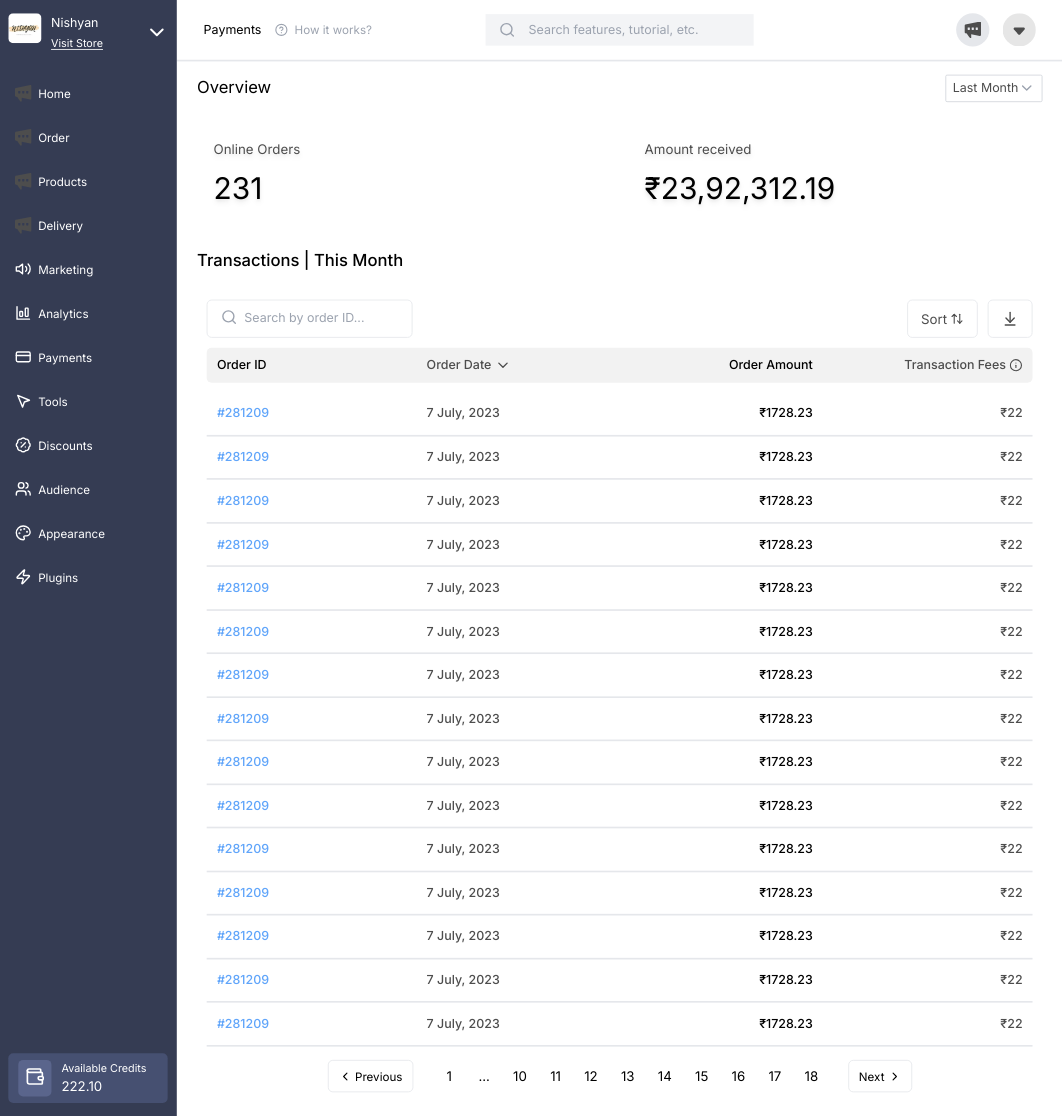
Repository: SubhamBnk/dukaan-task
Page: /
An editor plug-in stored every save of this project. The page is shown before and after the next save, followed by the edit.
The browser window is 1280 px wide. The pictures show the whole page, at 83% of full size.
The project was rebuilt for these pictures with package versions that can differ from the ones it lists, and the page was loaded fresh each time. The framework's server and built-in components were replaced by stand-ins that run in the browser. Also part of the build but not shown: next.config.js.

Above is the page before, as saved 2024-01-09 20:06:19.

After the next save:
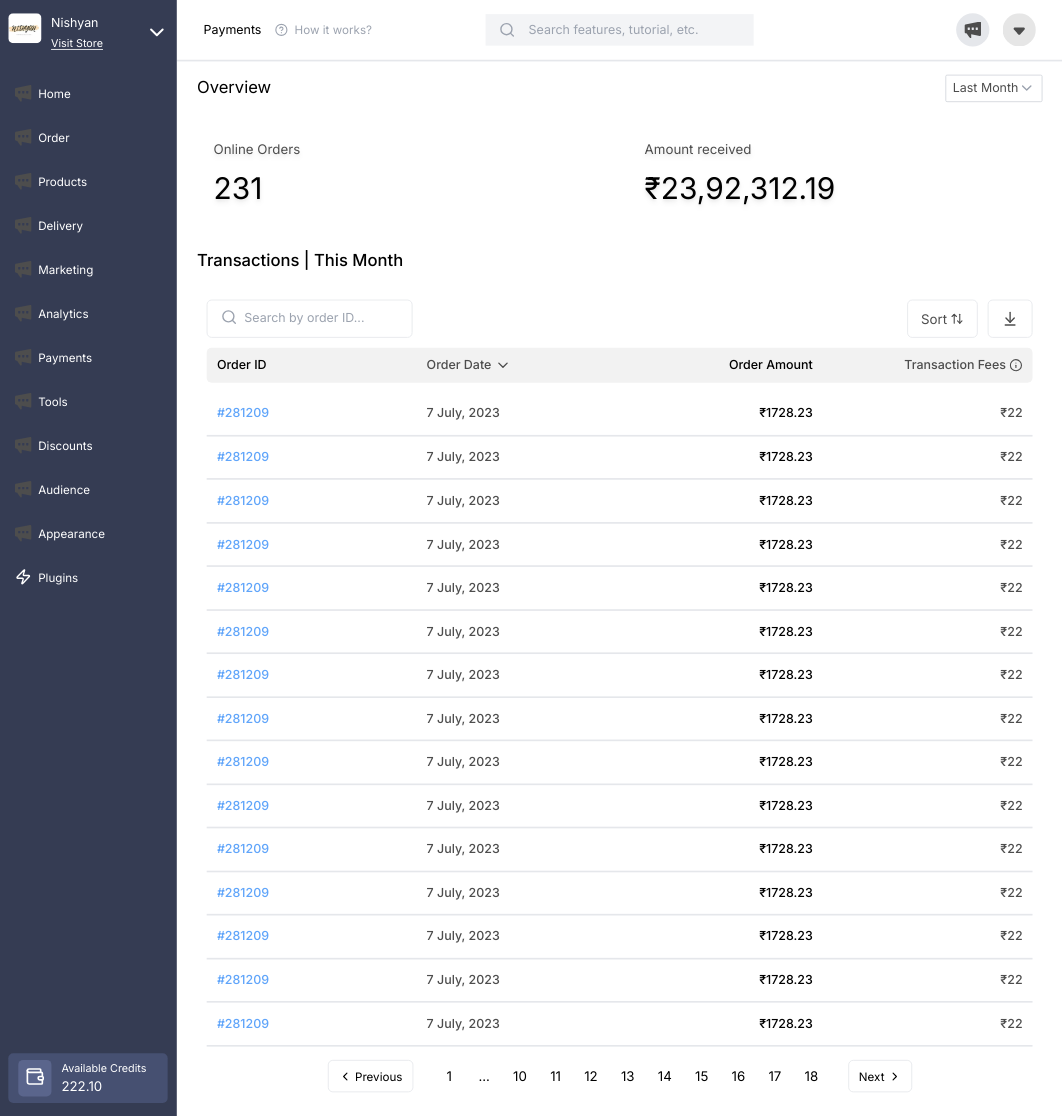
Saved 27 s later.
--- a/src/app/page.tsx
+++ b/src/app/page.tsx
@@ -46,31 +46,31 @@ export default function Home() {
                 <p className='text-[14px]'>Delivery</p>
               </div>
               <div className='flex gap-2 px-2 py-4 rounded-md hover:bg-[#4d587b]'>
-                <Volume2 className='w-5 h-5'/>
+                 <Image src='./Group.svg' alt="group" width={20} height={20}/>
                 <p className='text-[14px]'>Marketing</p>
               </div>
               <div className='flex gap-2 px-2 py-4 rounded-md hover:bg-[#4d587b]'>
-                <BarChartBig className='w-5 h-5'/>
+                 <Image src='./Group.svg' alt="group" width={20} height={20}/>
                 <p className='text-[14px]'>Analytics</p>
               </div>
               <div className='flex gap-2 px-2 py-4 rounded-md hover:bg-[#4d587b]'>
-                <CreditCard className='w-5 h-5'/>
+                 <Image src='./Group.svg' alt="group" width={20} height={20}/>
                 <p className='text-[14px]'>Payments</p>
               </div>
               <div className='flex gap-2 px-2 py-4 rounded-md hover:bg-[#4d587b]'>
-                <MousePointer2 className='w-5 h-5'/>
+                 <Image src='./Group.svg' alt="group" width={20} height={20}/>
                 <p className='text-[14px]'>Tools</p>
               </div>
               <div className='flex gap-2 px-2 py-4 rounded-md hover:bg-[#4d587b]'>
-                <BadgePercent className='w-5 h-5'/>
+                 <Image src='./Group.svg' alt="group" width={20} height={20}/>
                 <p className='text-[14px]'>Discounts</p>
               </div>
               <div className='flex gap-2 px-2 py-4 rounded-md hover:bg-[#4d587b]'>
-                <Users className='w-5 h-5'/>
+                <Image src='./Group.svg' alt="group" width={20} height={20}/>
                 <p className='text-[14px]'>Audience</p>
               </div>
               <div className='flex gap-2 px-2 py-4 rounded-md hover:bg-[#4d587b]'>
-                <Palette className='w-5 h-5'/>
+                <Image src='./Group.svg' alt="group" width={20} height={20}/>
                 <p className='text-[14px]'>Appearance</p>
               </div>
               <div className='flex gap-2 px-2 py-4 rounded-md hover:bg-[#4d587b]'>
